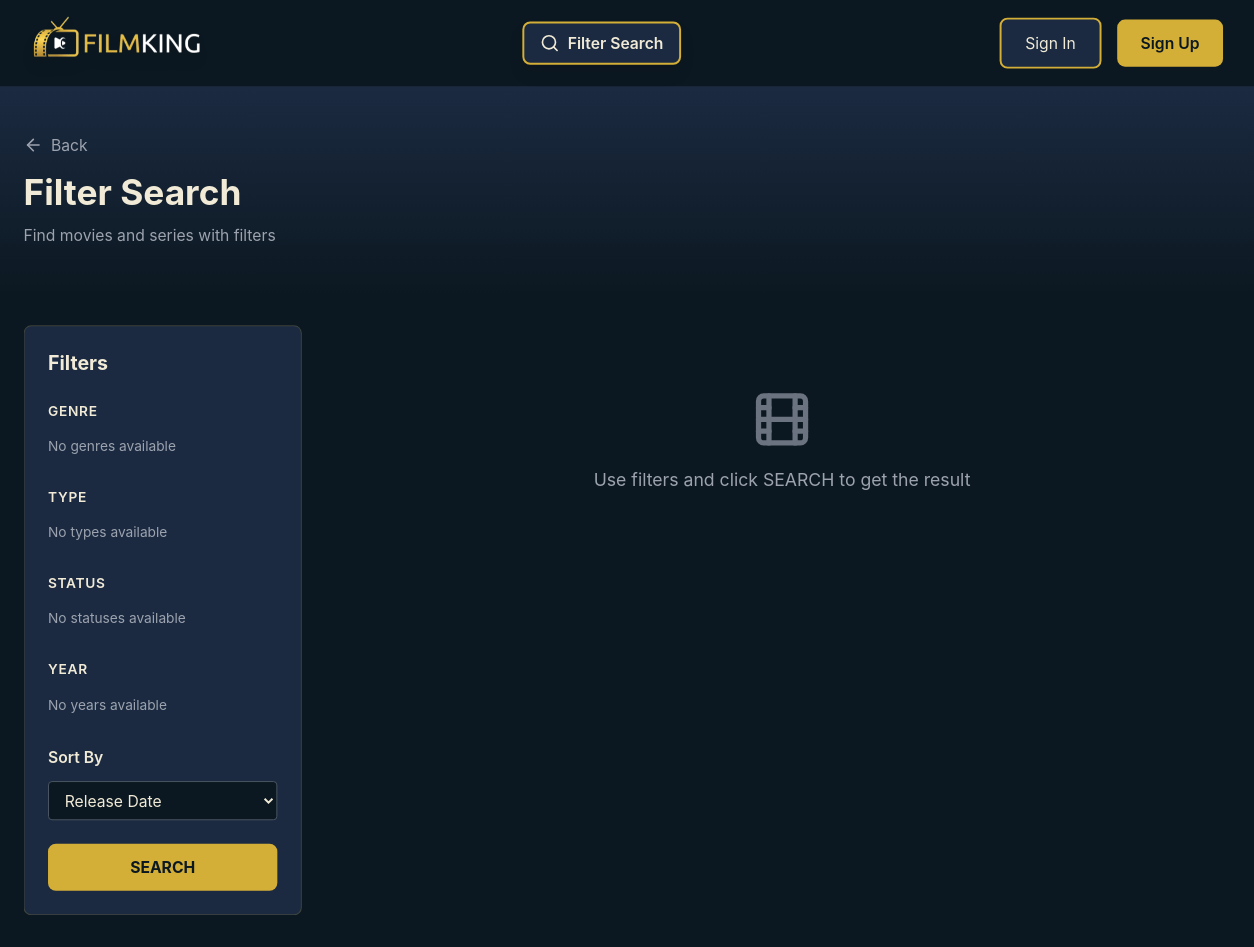
Repository: SansZee/BasdatProject
Page: /search (app in frontend/)
The author's editor kept a copy of each file at every save. The page is drawn from the files as they stood at one save, then again after the next save.
The browser window is 1280 px wide. The pictures show the whole page, at 98% of full size.
The page's requests for data from a server got no answer. The project was rebuilt for these pictures with package versions that can differ from the ones it lists, and the page was loaded fresh each time. No one was signed in, and anything a server would have sent is missing. Also part of the build but not shown: frontend/vite.config.ts, frontend/src/pages/HomePage.tsx, frontend/src/pages/LoginPage.tsx, frontend/src/pages/RegisterPage.tsx, frontend/src/components/Tabs.tsx, frontend/src/api/reviews.ts, frontend/src/components/ReviewSection.tsx, frontend/src/pages/TitleDetailPageNew.tsx and 2 more.

Above is the page before, as saved 2025-12-07 06:48:58.

After the next save:
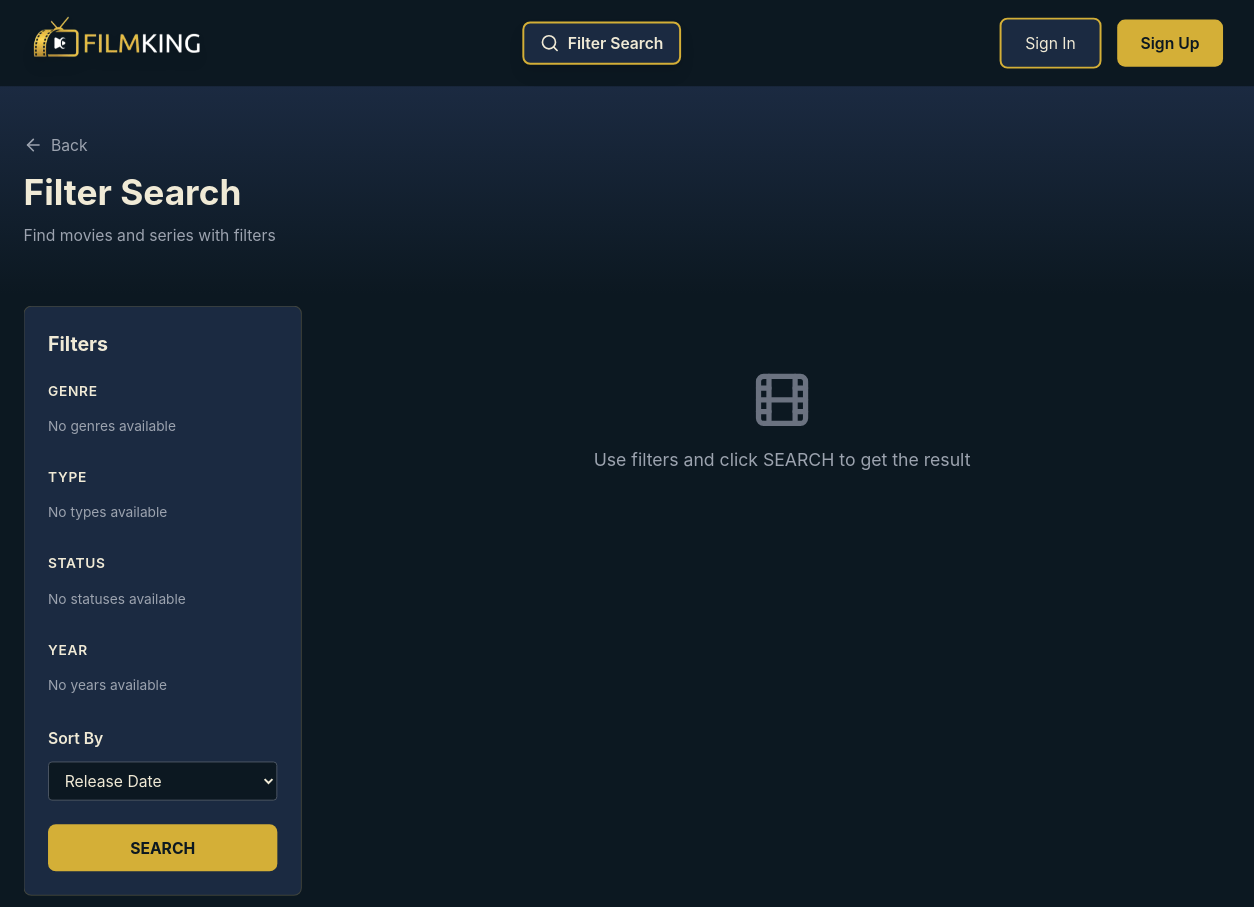
Saved 99 min 26 s later.
--- a/frontend/src/pages/FilterSearchPage.tsx
+++ b/frontend/src/pages/FilterSearchPage.tsx
@@ -153,7 +153,7 @@ export function FilterSearchPage() {
             </div>
 
             {/* Main Content */}
-            <div className="py-8 bg-primary">
+            <div className="py-3 bg-primary">
                 <div className="max-w-7xl mx-auto px-6">
                     <div className="grid grid-cols-1 lg:grid-cols-4 gap-8">
                         {/* Filter Panel */}
